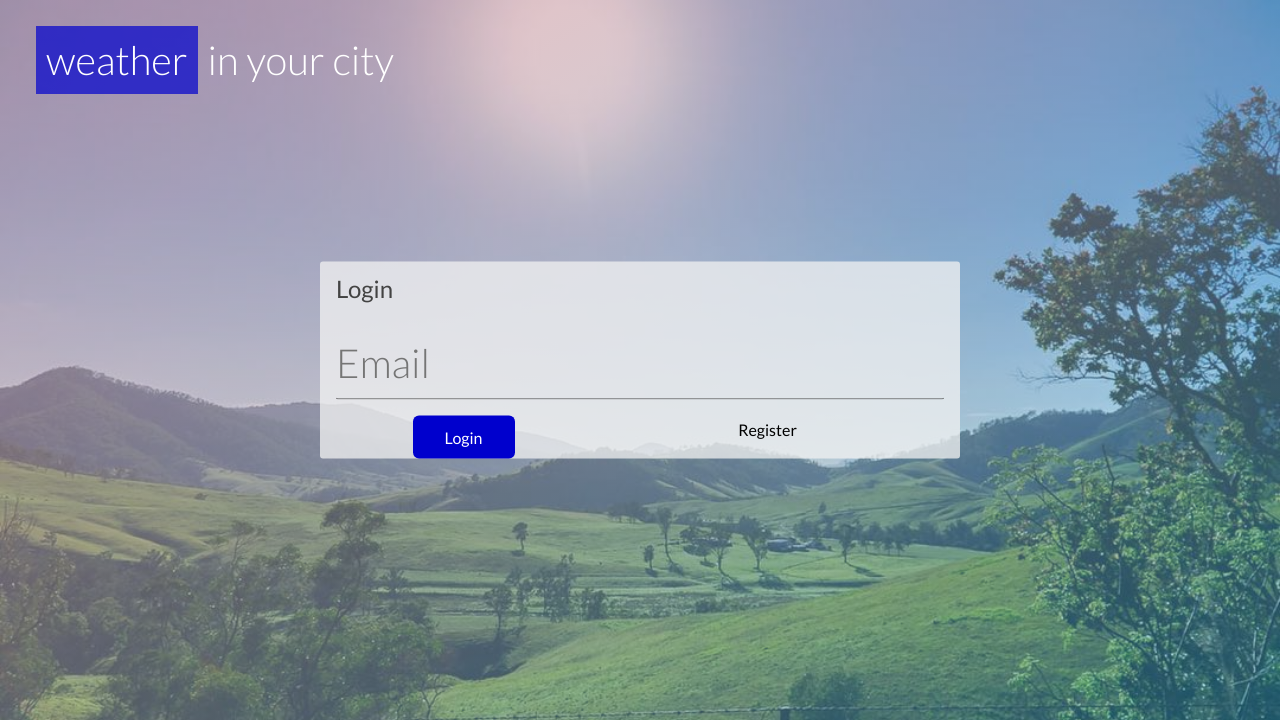
Repository: nosplashurinal/weather-app
Page: /, after clicking the first element matching `button.next`
These files come from the project's save history. The page is drawn as it stood at one moment and after the next save; the edit follows.
The browser window is 1280 px wide. The pictures show the whole page.
The project was rebuilt for these pictures with package versions that can differ from the ones it lists, and the page was loaded fresh each time. Also part of the build but not shown: src/components/RecentSearches.vue, src/components/Search.vue, src/components/WeatherDataBlock.vue.

Above is the page before, as saved 2018-12-31 18:12:37.

After the next save:
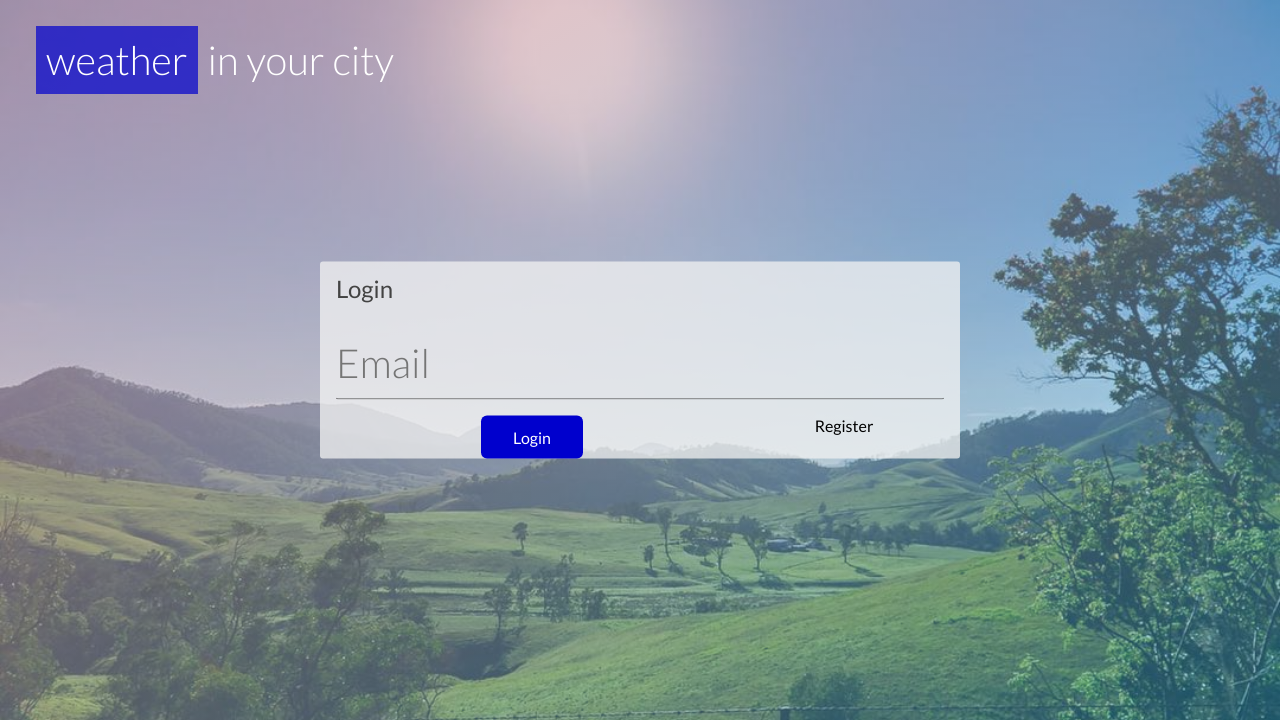
Saved 26 s later.
--- a/src/styles/login.scss
+++ b/src/styles/login.scss
@@ -77,15 +77,15 @@
       bottom: 0;
       text-align: left;
     }
-  }
-  .register-button {
-    width: 200px;
-    height: auto;
-    background: none;
-    margin: auto;
-    cursor: pointer;
-    &:hover {
-      text-decoration: underline;
+    .register-button {
+      width: 200px;
+      height: auto;
+      background: none;
+      margin-left: 1em;
+      cursor: pointer;
+      &:hover {
+        text-decoration: underline;
+      }
     }
   }
   .fade-enter-active,
